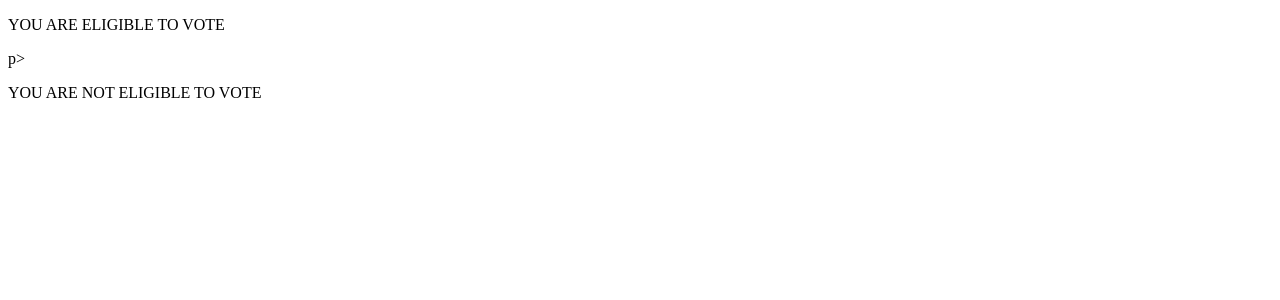
Repository: akhhiil/ICT_JAVA
Page: http://localhost/Demo7/Newjsp.jsp
These files come from the project's save history. The page is drawn as it stood at one moment and after the next save; the edit follows.
The browser window is 1280 px wide. The pictures show the whole page.
The page is served by Tomcat 9.

Above is the page before, as saved 2024-10-08 08:44:08.

After the next save:
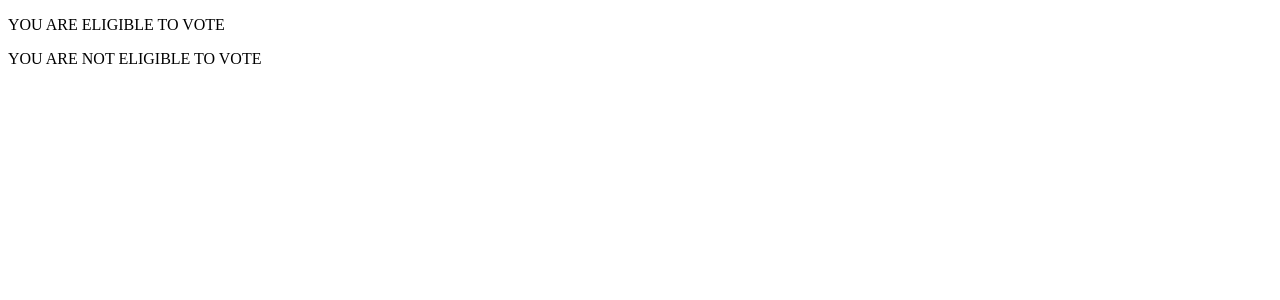
Saved 3 min 37 s later.
--- a/Demo7/src/main/webapp/Newjsp.jsp
+++ b/Demo7/src/main/webapp/Newjsp.jsp
@@ -10,7 +10,7 @@
 <body>
 <c:set var="age" value="25"/>
 	<c:if test="${age>=18}">
-		<p>YOU ARE ELIGIBLE TO VOTE</p>p>
+		<p>YOU ARE ELIGIBLE TO VOTE</p>
 	</c:if>
 	<c:if test="${age>=18}">
 		<p>YOU ARE NOT ELIGIBLE TO VOTE</p>
